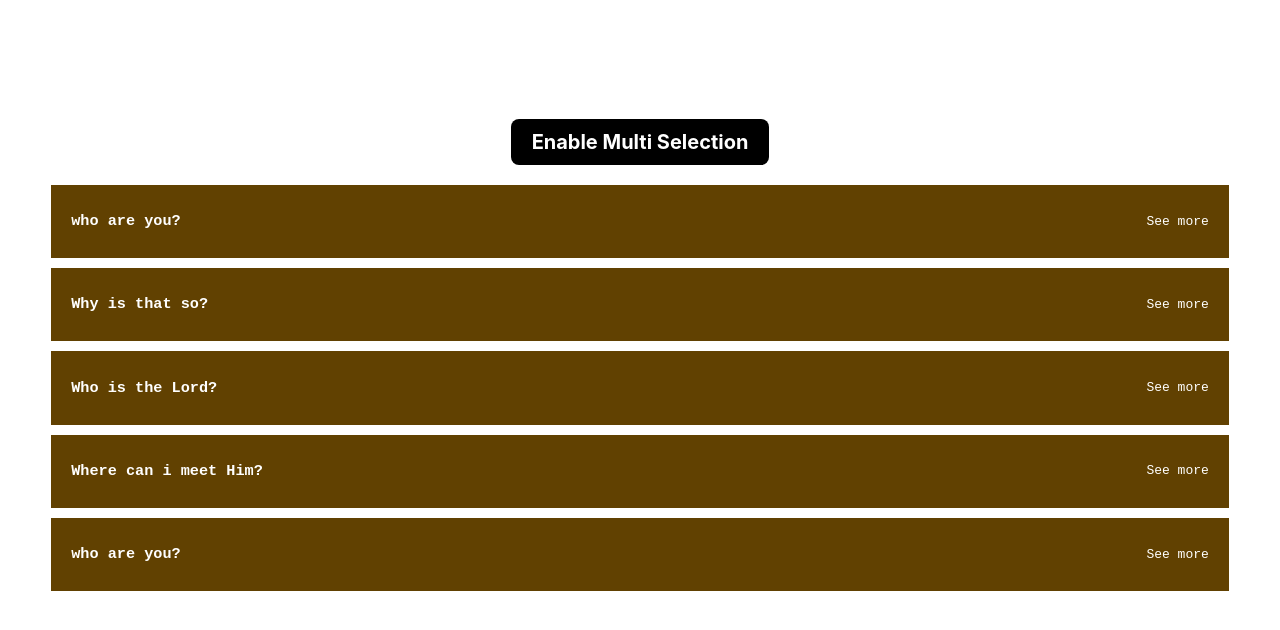
Repository: profbkmurage/reactprojectsBK
Page: /
An editor plug-in stored every save of this project. The page is shown before and after the next save, followed by the edit.
The browser window is 1280 px wide. The pictures show the whole page.
The project was rebuilt for these pictures with package versions that can differ from the ones it lists, and the page was loaded fresh each time. Also part of the build but not shown: vite.config.js.

Above is the page before, as saved 2025-02-23 09:56:43.

### src/App.jsx
import Accordian from './components/accordian'

function App () {
  return <Accordian />
}
export default App

### src/components/accordian/index.jsx
import { useState } from 'react'
import data from './data.js'
import './style.css'

export default function Accordian () {
    const [selected, setSelected] = useState(null) //keeps track of a sigle selected item
     const [enableMultipleSelection, setEnableMultipleSelection] = useState(false)
    const [multipleSelection, setMultipleSelection] = useState([])//keeps track of multiple selected item.

  function handleSigleSelection (getCurrentId) {
    setSelected(getCurrentId === selected ? null : getCurrentId) //if the current id is already selected, it will not display it twice otherwise it will display it
  }

  function handleMultiSelection (getCurrentId) {
    let copyMultiple = [...multipleSelection]
    const findIndexOfCurrentId = copyMultiple.indexOf(getCurrentId)
    if (findIndexOfCurrentId === -1) copyMultiple.push(getCurrentId)
    else copyMultiple.splice(findIndexOfCurrentId, 1)

    setMultipleSelection(copyMultiple)
  }
//   console.log(selected, multipleSelection)
  return (
    <div className='wrapper'>
      <button
        onClick={() => setEnableMultipleSelection(!enableMultipleSelection)}
      >
        Enable Multi Selection
      </button>
      <div className='accordian'>
        {data && data.length > 0 ? (
          data.map(dataItem => (
            <div key={dataItem.id} className='item'>
              <div
                onClick={
                  enableMultipleSelection
                    ? () => handleMultiSelection(dataItem.id)
                    : () => handleSigleSelection(dataItem.id)
                } //we check to see if the multiselction mode is enabled and use its funtion otherwise we use the single selection mode
                className='title'
              >
                <h3>{dataItem.question}</h3>
                <span>See more</span>
              </div>
              {selected === dataItem.id ||
              multipleSelection.indexOf(dataItem.id) !== -1 ? (
                <div className='content'>{dataItem.answer}</div>
              ) : null}
            </div>
          ))
        ) : (
          <div>No data found</div>
        )}
      </div>
    </div>
  )
}

### src/components/accordian/data.js
const data = [
    {
        id: '1',
        question: 'who are you?',
        answer: 'i am whom the Lord says i am'
    },
    {
        id: '2',
        question: 'Why is that so?',
        answer: 'i am whom the Lord says i am'
    },
    {
        id: '3',
        question: 'Who is the Lord?',
        answer: 'i am whom the Lord says i am'
    },
    {
        id: '4',
        question: 'Where can i meet Him?',
        answer: 'i am whom the Lord says i am'
    },
    {
        id: '5',
        question: 'who are you?',
        answer: 'i am whom the Lord says i am'
    }
];

export default data;

### src/components/accordian/style.css
.wrapper {
    display: flex;
    height: 100vh;
    width: 100vw;
    justify-content: center;
    align-items: center;
    flex-direction: column;
    gap: 20px;
    overflow: hidden;
}

.wrapper button {
    cursor: pointer;
    font-weight: bold;
    font-size: 20px;
    color: white;
    background-color: black;
    padding: 10px 20px;
}

.accordian {
    width: 92vw;
}

.item {
    background: #614101;
    margin-bottom: 10px;
    padding: 10px 20px;
    font-family: monospace;
}

.title {
    color: #fff;
    display: flex;
    justify-content: space-between;
    align-items: center;
    cursor: pointer;
}

.content {
    color: white;
    height: auto;
}

Loaded but not shown: index.html (common file); src/main.jsx (common file); src/index.css (common file)

After the next save:
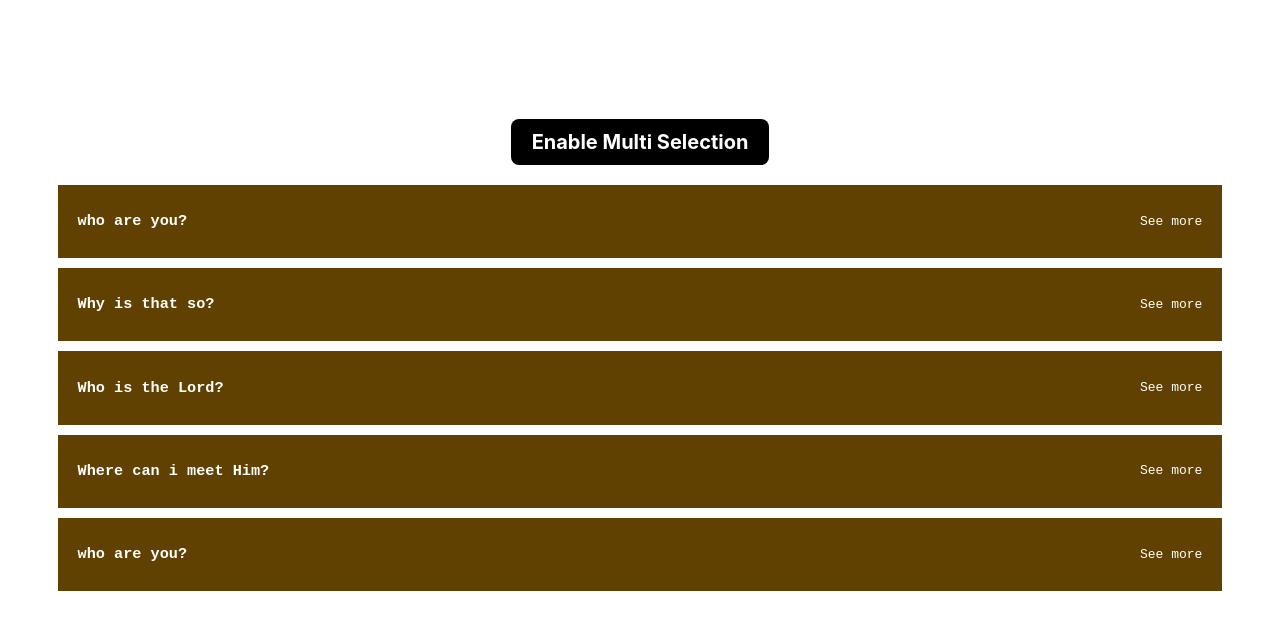
Saved 4 s later.
--- a/src/components/accordian/style.css
+++ b/src/components/accordian/style.css
@@ -19,7 +19,7 @@
 }
 
 .accordian {
-    width: 92vw;
+    width: 91vw;
 }
 
 .item {
